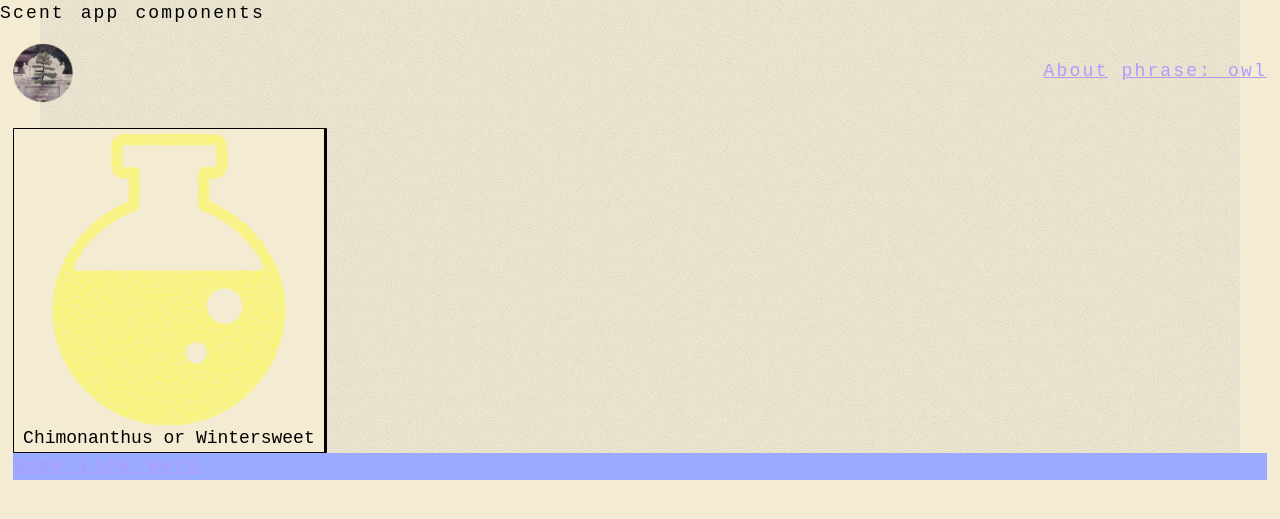
Repository: magiai/scent-app
Page: /
An editor plug-in stored every save of this project. The page is shown before and after the next save, followed by the edit.
The browser window is 1280 px wide. The pictures show the whole page.
The project was rebuilt for these pictures with package versions that can differ from the ones it lists, and the page was loaded fresh each time. The framework's server and built-in components were replaced by stand-ins that run in the browser.

Above is the page before, as saved 2022-11-30 11:31:56.

After the next save:
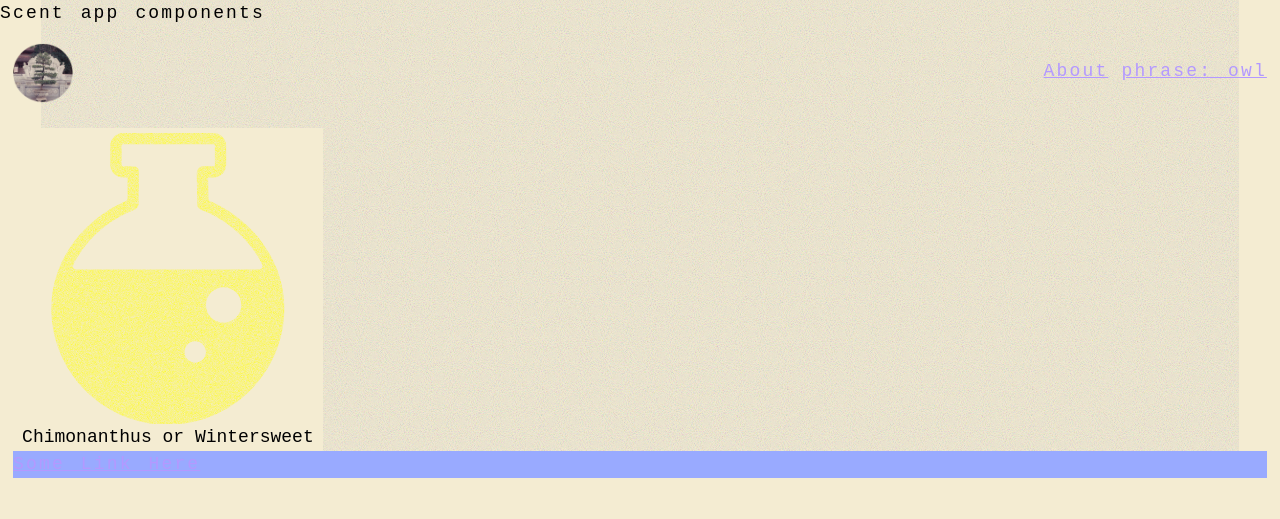
Saved 52 s later.
--- a/components/scent/scent.module.css
+++ b/components/scent/scent.module.css
@@ -7,7 +7,7 @@
 
 
 .svg--bottle,
-button {
+.button--scent {
     border-top-width: var(--button__border__width);
     border-left-width: var(--button__border__width);
     border-bottom-width: var(--button__border__width);

After the 4 saves that followed:
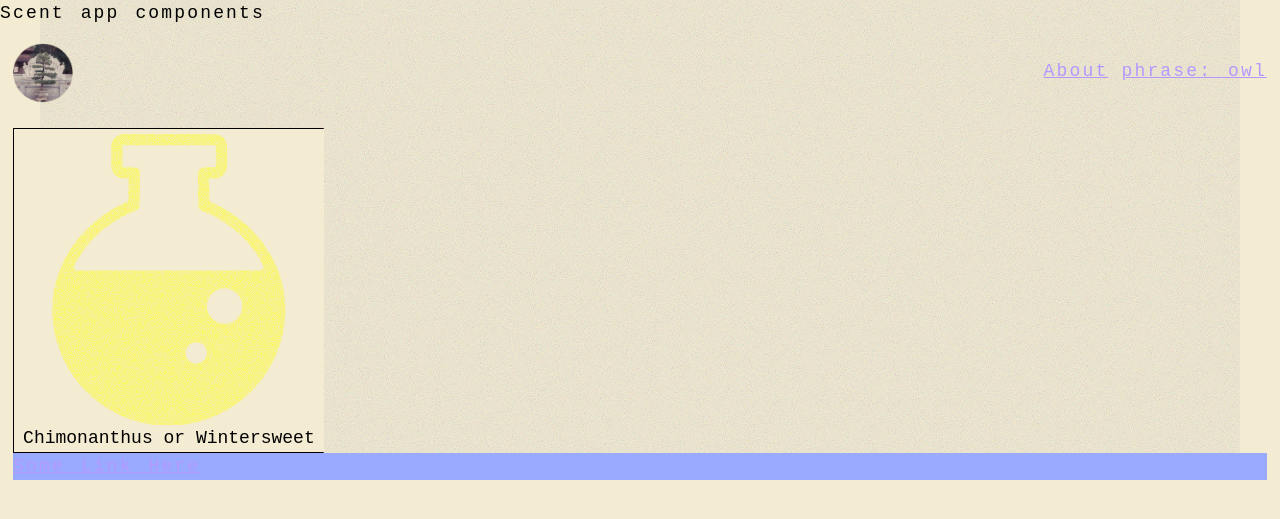
The 4 saves are shown as one change because 3 left the picture as it was.
The last was saved 7 min 12 s later.
--- a/pages/index.tsx
+++ b/pages/index.tsx
@@ -9,12 +9,11 @@ export default function Home() {
         <title key="title">Home</title>
       </Head>
 
-      <Scent
-            // visibleBottle = {true}
-            liquidColor="yellow"
-            label = "Chimonanthus or Wintersweet" />
       <main>
-
+        <Scent
+                // visibleBottle = {true}
+                liquidColor="yellow"
+                label = "Chimonanthus or Wintersweet" />
       </main>
 
     </Layout>
--- a/components/scent/Scent.tsx
+++ b/components/scent/Scent.tsx
@@ -1,5 +1,5 @@
 import React from 'react';
-import './scent.module.css';
+import styles from './scent.module.css';
 
 interface ScentProps {
     // visibleBottle: boolean;
@@ -24,6 +24,7 @@ export const Scent = ({
     <>
         <button
             type="button"
+            className={ styles['button--scent'] }
             {...props}>
 
             <svg
--- a/components/scent/scent.module.css
+++ b/components/scent/scent.module.css
@@ -15,7 +15,7 @@ button {
     border-style: solid;
 }
 
-.button--svg {
+.button--scent {
     border-right-width: 0rem;
     color: black;
     transition-property: transform;
@@ -23,15 +23,15 @@ button {
     transition-timing-function: ease-out;
 }
 
-.button--svg:active,
-.button--svg:focus,
-.button--svg:hover {
+.button--scent:active,
+.button--scent:focus,
+.button--scent:hover {
     background-color: rgba(87, 69, 58, 0.7);
 }
 
-.button--svg:active #bottle__path,
-.button--svg:focus #bottle__path,
-.button--svg:hover #bottle__path {
+.button--scent:active #bottle__path,
+.button--scent:focus #bottle__path,
+.button--scent:hover #bottle__path {
     transform: rotateZ(20deg) translateX(20%) translateY(-30%);
 }
 
